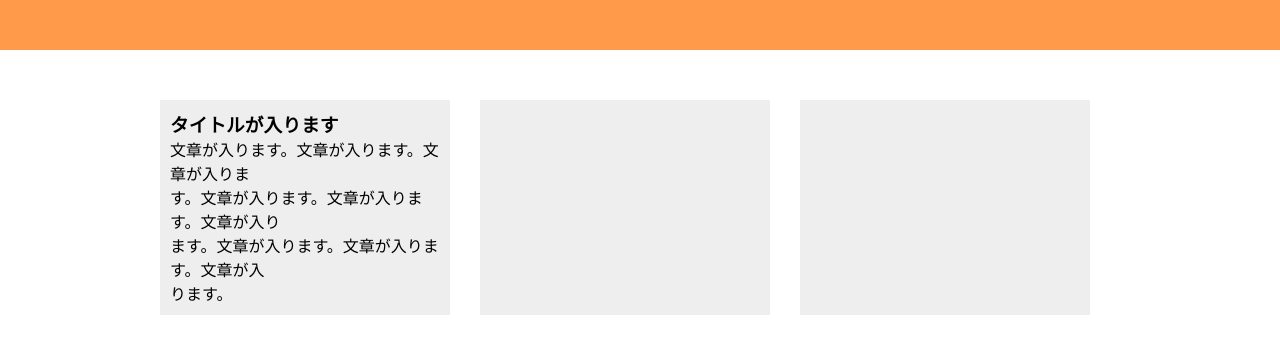
Repository: Souax/prac_20231021
Page: Chapter9/9.html
The author's editor kept a record of every edit. The page is drawn from the files as they stood at one moment, then again after the next edit.
The browser window is 1280 px wide. The pictures show the whole page.

Above is the page before.

### Chapter9/9.html
<!DOCTYPE html>
<html lang="ja">
  <head>
    <meta charset="UTF-8">
    <link rel="stylesheet" href="9.css">
    <title>9章</title>
  </head>
  <body>
    <div class="header"></div>
    <main>
      <div class="box">
        <h3 class="box1-text-heading">タイトルが入ります</h3>
        <p class="box-text">文章が入ります。文章が入ります。文章が入りま<br>
        す。文章が入ります。文章が入ります。文章が入り<br>
        ます。文章が入ります。文章が入ります。文章が入<br>
        ります。</p>
      </div>
      <div class="box"></div>
      <div class="box"></div>
    </main>
    <footer></footer>
  </body>
  </html>

### Chapter9/9.css
*{
  margin:0;
  padding:0;
  box-sizing:border-box;
}

.header{
  height:50px;
  background-color:#FF9A4B;
}

main{
  width:960px;
  margin:50px auto;
  display:flex;
}

.box{
  width:300px;
  margin-right:30px;
  padding:10px;
  background-color:#EEEEEE;
}

.num{
  padding:4px;
  background-color:#FF9A4B;
  color:#fff;
}

.box1-img{
  height:150px;
  background-image:url(img/flow01.png);
  background-size:cover;
  background-position:bottom;
}

After the next edit:
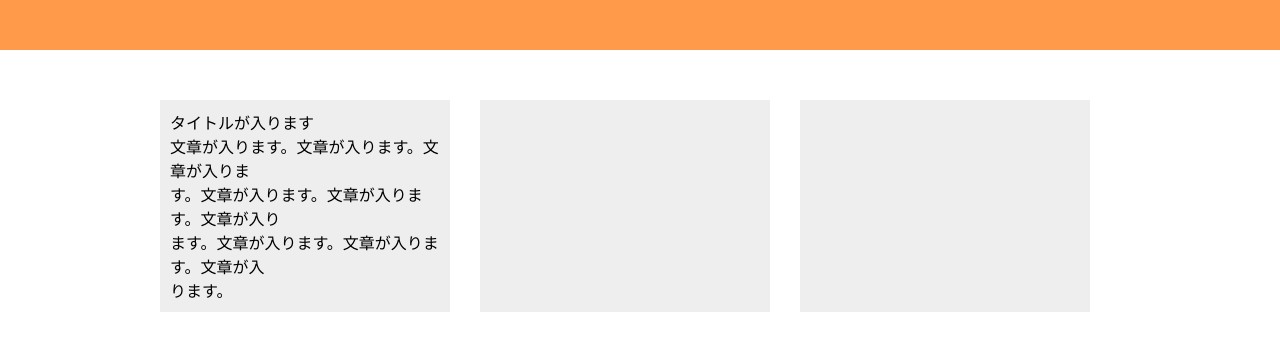
The edit:
--- a/Chapter9/9.html
+++ b/Chapter9/9.html
@@ -9,8 +9,9 @@
     <div class="header"></div>
     <main>
       <div class="box">
-        <h3 class="box1-text-heading">タイトルが入ります</h3>
-        <p class="box-text">文章が入ります。文章が入ります。文章が入りま<br>
+        <img
+        <h3 class="title">タイトルが入ります</h3>
+        <p class="text">文章が入ります。文章が入ります。文章が入りま<br>
         す。文章が入ります。文章が入ります。文章が入り<br>
         ます。文章が入ります。文章が入ります。文章が入<br>
         ります。</p>
